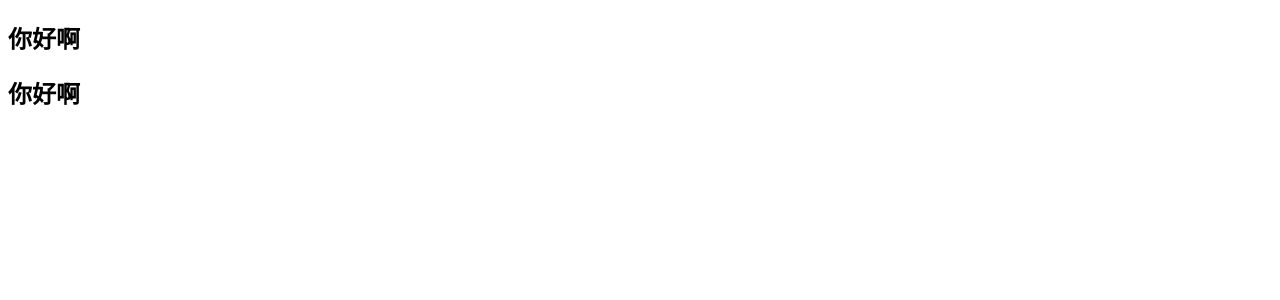
Repository: dashuizun/myProject
Page: Vue/VueZong/cs3.html
These files come from the project's save history. The page is drawn as it stood at one moment and after the next save; the edit follows.
The browser window is 1280 px wide. The pictures show the whole page.

Above is the page before, as saved 2020-11-06 11:24:24.

After the next save:
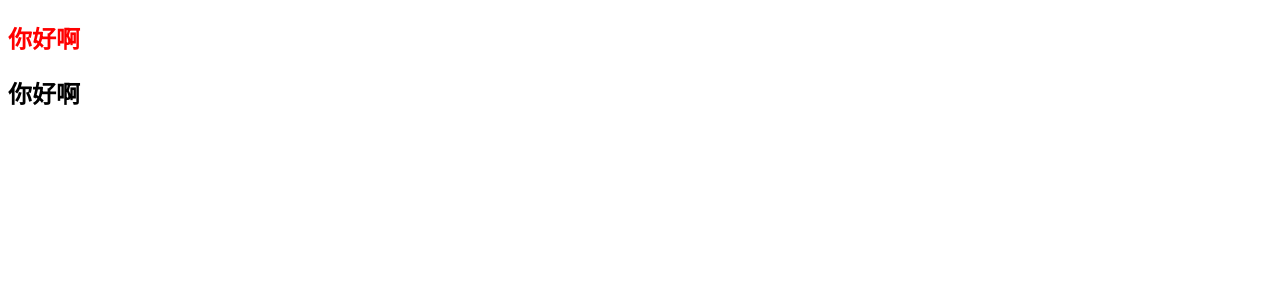
Saved 10 s later.
--- a/Vue/VueZong/cs3.html
+++ b/Vue/VueZong/cs3.html
@@ -15,8 +15,8 @@
 <body>
   <script src="js/vue.js"></script>
   <div id="app">
-    <h2 class="title" v-bind:class="{active: isActive}">{{message}}</h2>
-    <h2 class="title" v-bind:class="{active: isActive}">{{message}}</h2>
+    <h2 class="title" v-bind:class="{active: yesActive}">{{message}}</h2>
+    <h2 class="title" v-bind:class="{active: noActive}">{{message}}</h2>
   </div>
   <script>
     const app = new Vue({
